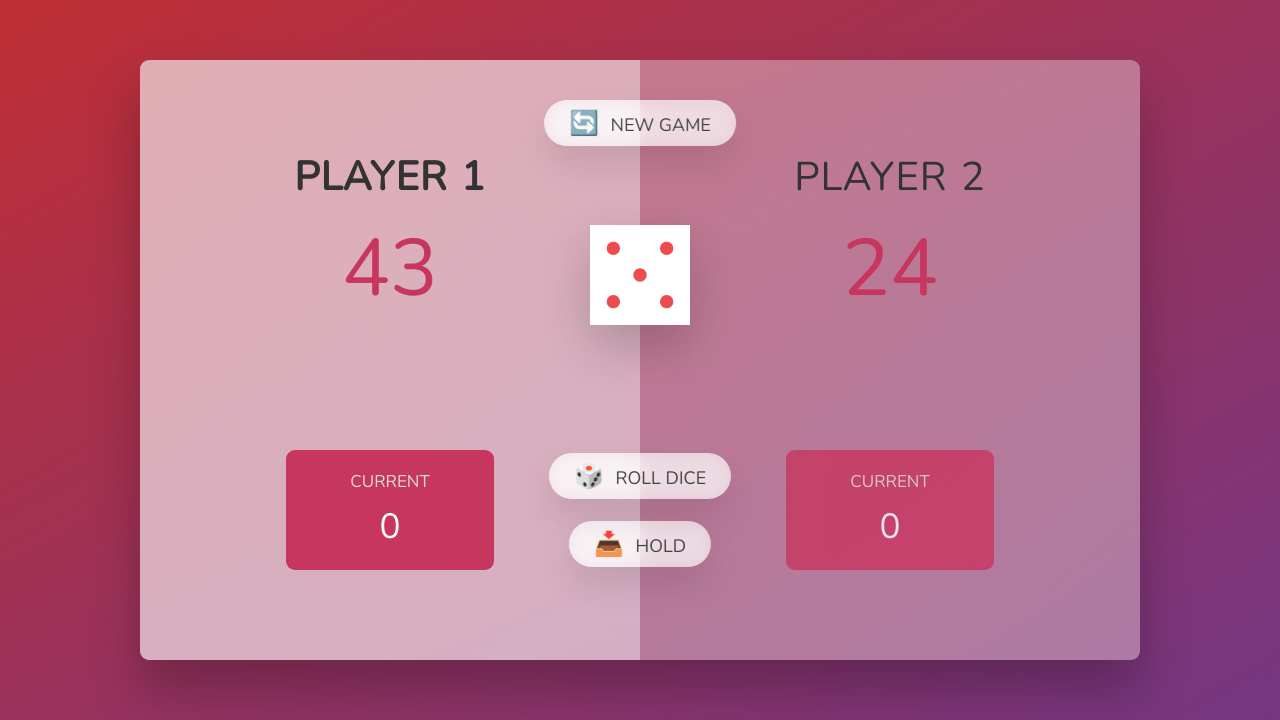
Repository: otvertka/jsc_07
Page: index.html
These files come from the project's save history. The page is drawn as it stood at one moment and after the next save; the edit follows.
The browser window is 1280 px wide. The pictures show the whole page.

Above is the page before, as saved 2022-02-07 10:18:40.

### index.html
<!DOCTYPE html>
<html lang="en">
  <head>
    <meta charset="UTF-8" />
    <meta name="viewport" content="width=device-width, initial-scale=1.0" />
    <meta http-equiv="X-UA-Compatible" content="ie=edge" />
    <link rel="stylesheet" href="style.css" />
    <title>Pig Game</title>
  </head>
  <body>
    <main>
      <section class="player player--0 player--active">
        <h2 class="name" id="name--0">Player 1</h2>
        <p class="score" id="score--0">43</p>
        <div class="current">
          <p class="current-label">Current</p>
          <p class="current-score" id="current--0">0</p>
        </div>
      </section>
      <section class="player player--1">
        <h2 class="name" id="name--1">Player 2</h2>
        <p class="score" id="score--1">24</p>
        <div class="current">
          <p class="current-label">Current</p>
          <p class="current-score" id="current--1">0</p>
        </div>
      </section>

      <img src="dice-5.png" alt="Playing dice" class="dice" />
      <button class="btn btn--new">🔄 New game</button>
      <button class="btn btn--roll">🎲 Roll dice</button>
      <button class="btn btn--hold">📥 Hold</button>
    </main>
    <script src="script.js"></script>
  </body>
</html>

### style.css
@import url('https://fonts.googleapis.com/css2?family=Nunito&display=swap');

* {
  margin: 0;
  padding: 0;
  box-sizing: inherit;
}

html {
  font-size: 62.5%;
  box-sizing: border-box;
}

body {
  font-family: 'Nunito', sans-serif;
  font-weight: 400;
  height: 100vh;
  color: #333;
  background-image: linear-gradient(to top left, #753682 0%, #bf2e34 100%);
  display: flex;
  align-items: center;
  justify-content: center;
}

/* LAYOUT */
main {
  position: relative;
  width: 100rem;
  height: 60rem;
  background-color: rgba(255, 255, 255, 0.35);
  backdrop-filter: blur(200px);
  filter: blur();
  box-shadow: 0 3rem 5rem rgba(0, 0, 0, 0.25);
  border-radius: 9px;
  overflow: hidden;
  display: flex;
}

.player {
  flex: 50%;
  padding: 9rem;
  display: flex;
  flex-direction: column;
  align-items: center;
  transition: all 0.75s;
}

/* ELEMENTS */
.name {
  position: relative;
  font-size: 4rem;
  text-transform: uppercase;
  letter-spacing: 1px;
  word-spacing: 2px;
  font-weight: 300;
  margin-bottom: 1rem;
}

.score {
  font-size: 8rem;
  font-weight: 300;
  color: #c7365f;
  margin-bottom: auto;
}

.player--active {
  background-color: rgba(255, 255, 255, 0.4);
}
.player--active .name {
  font-weight: 700;
}
.player--active .score {
  font-weight: 400;
}

.player--active .current {
  opacity: 1;
}

.current {
  background-color: #c7365f;
  opacity: 0.8;
  border-radius: 9px;
  color: #fff;
  width: 65%;
  padding: 2rem;
  text-align: center;
  transition: all 0.75s;
}

.current-label {
  text-transform: uppercase;
  margin-bottom: 1rem;
  font-size: 1.7rem;
  color: #ddd;
}

.current-score {
  font-size: 3.5rem;
}

/* ABSOLUTE POSITIONED ELEMENTS */
.btn {
  position: absolute;
  left: 50%;
  transform: translateX(-50%);
  color: #444;
  background: none;
  border: none;
  font-family: inherit;
  font-size: 1.8rem;
  text-transform: uppercase;
  cursor: pointer;
  font-weight: 400;
  transition: all 0.2s;

  background-color: white;
  background-color: rgba(255, 255, 255, 0.6);
  backdrop-filter: blur(10px);

  padding: 0.7rem 2.5rem;
  border-radius: 50rem;
  box-shadow: 0 1.75rem 3.5rem rgba(0, 0, 0, 0.1);
}

.btn::first-letter {
  font-size: 2.4rem;
  display: inline-block;
  margin-right: 0.7rem;
}

.btn--new {
  top: 4rem;
}
.btn--roll {
  top: 39.3rem;
}
.btn--hold {
  top: 46.1rem;
}

.btn:active {
  transform: translate(-50%, 3px);
  box-shadow: 0 1rem 2rem rgba(0, 0, 0, 0.15);
}

.btn:focus {
  outline: none;
}

.dice {
  position: absolute;
  left: 50%;
  top: 16.5rem;
  transform: translateX(-50%);
  height: 10rem;
  box-shadow: 0 2rem 5rem rgba(0, 0, 0, 0.2);
}

.player--winner {
  background-color: #2f2f2f;
}

.player--winner .name {
  font-weight: 700;
  color: #c7365f;
}

Loaded but not shown: script.js (common file)

After the next save:
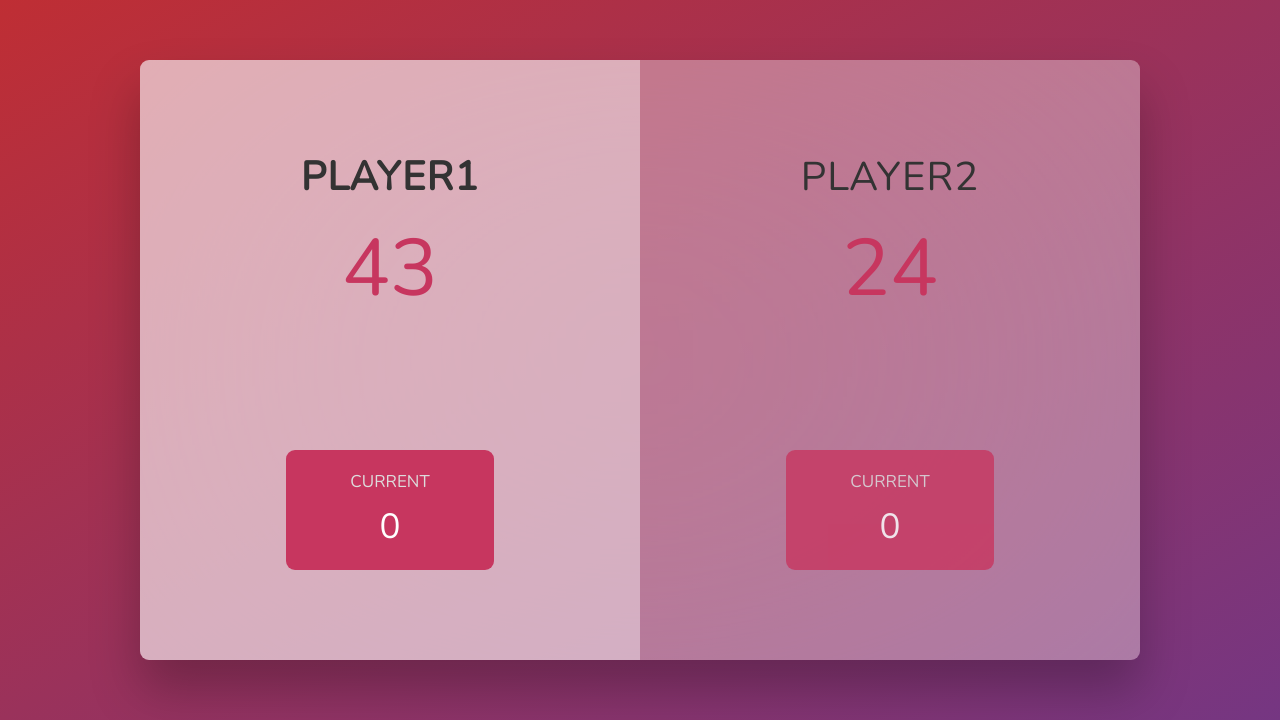
Saved 320 days later.
--- a/index.html
+++ b/index.html
@@ -10,7 +10,7 @@
   <body>
     <main>
       <section class="player player--0 player--active">
-        <h2 class="name" id="name--0">Player 1</h2>
+        <h2 class="name" id="name--0">Player1</h2>
         <p class="score" id="score--0">43</p>
         <div class="current">
           <p class="current-label">Current</p>
@@ -18,18 +18,13 @@
         </div>
       </section>
       <section class="player player--1">
-        <h2 class="name" id="name--1">Player 2</h2>
+        <h2 class="name" id="name--1">Player2</h2>
         <p class="score" id="score--1">24</p>
         <div class="current">
           <p class="current-label">Current</p>
           <p class="current-score" id="current--1">0</p>
         </div>
       </section>
-
-      <img src="dice-5.png" alt="Playing dice" class="dice" />
-      <button class="btn btn--new">🔄 New game</button>
-      <button class="btn btn--roll">🎲 Roll dice</button>
-      <button class="btn btn--hold">📥 Hold</button>
     </main>
     <script src="script.js"></script>
   </body>
